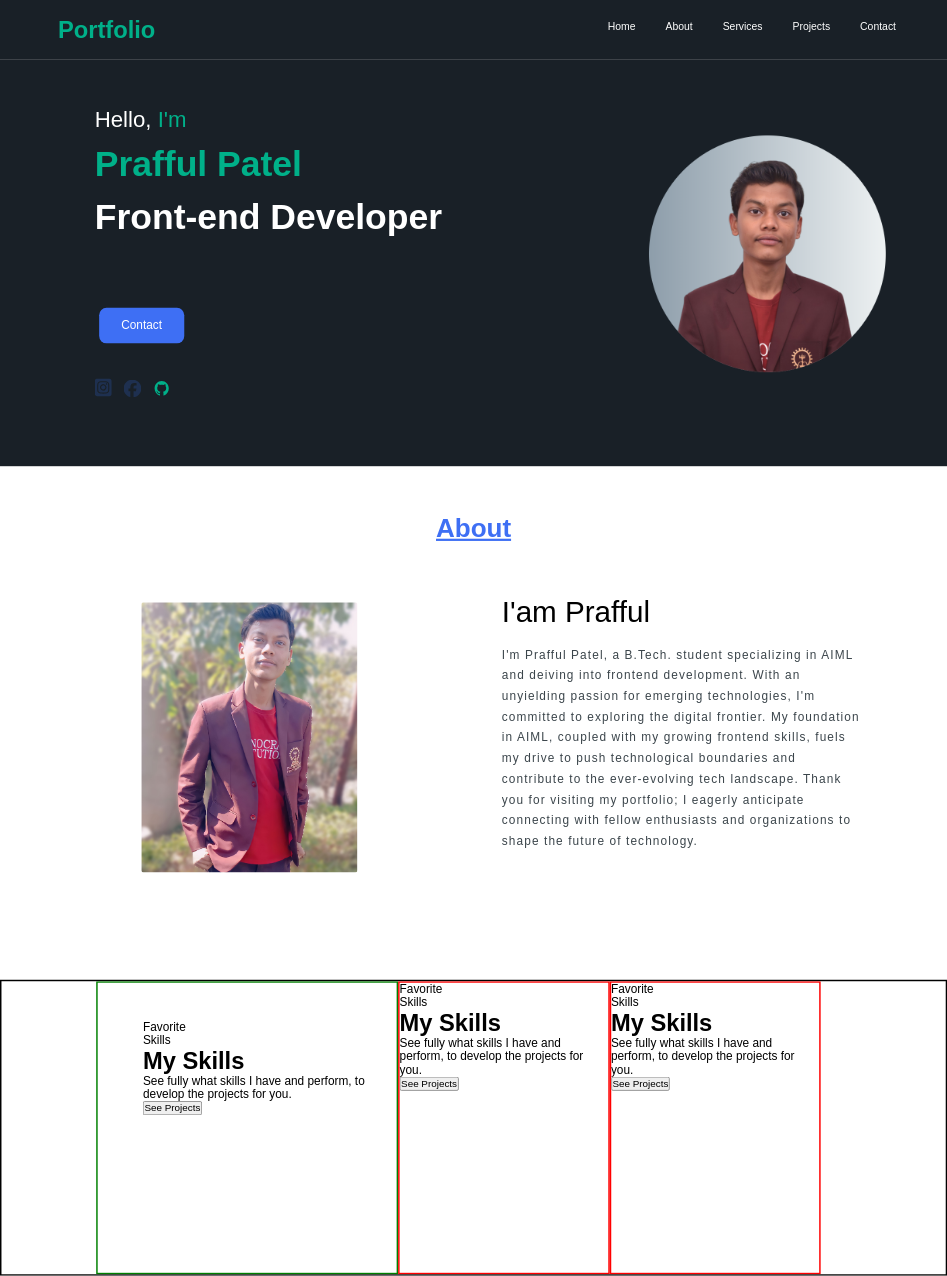
Repository: PraffulPatel27/Portfolio_2.0
Page: index.html
The author's editor kept a copy of each file at every save. The page is drawn from the files as they stood at one save, then again after a run of saves.
The browser window is 1280 px wide. The pictures show the whole page, at 74% of full size.

Above is the page before, as saved 2024-01-01 15:49:25.

After the next 2 saves:
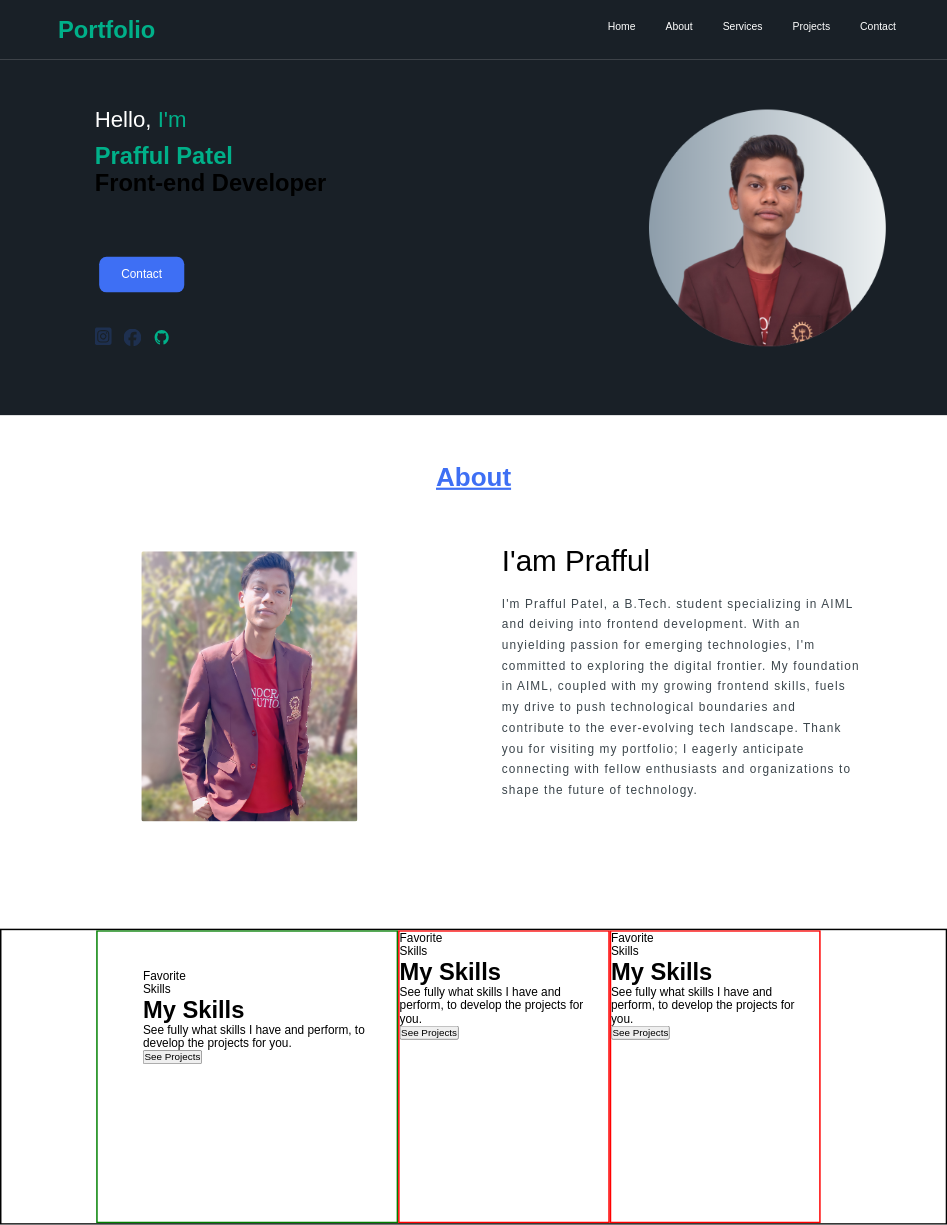
The 2 saves are shown as one change because they came seconds apart.
The last was saved 35 s later.
--- a/style.css
+++ b/style.css
@@ -98,13 +98,6 @@
     padding-top: 5%;
     padding-left: 10%;
     /* border: 2px solid black; */
-}
-.left-content h1 {
-    font-size: 3rem;
-    line-height: 60px;
-    font-weight: bolder;
-    padding-bottom: 1%;
-    color: #fff;
 }
 .ch {
     display: inline;

After the save that followed:
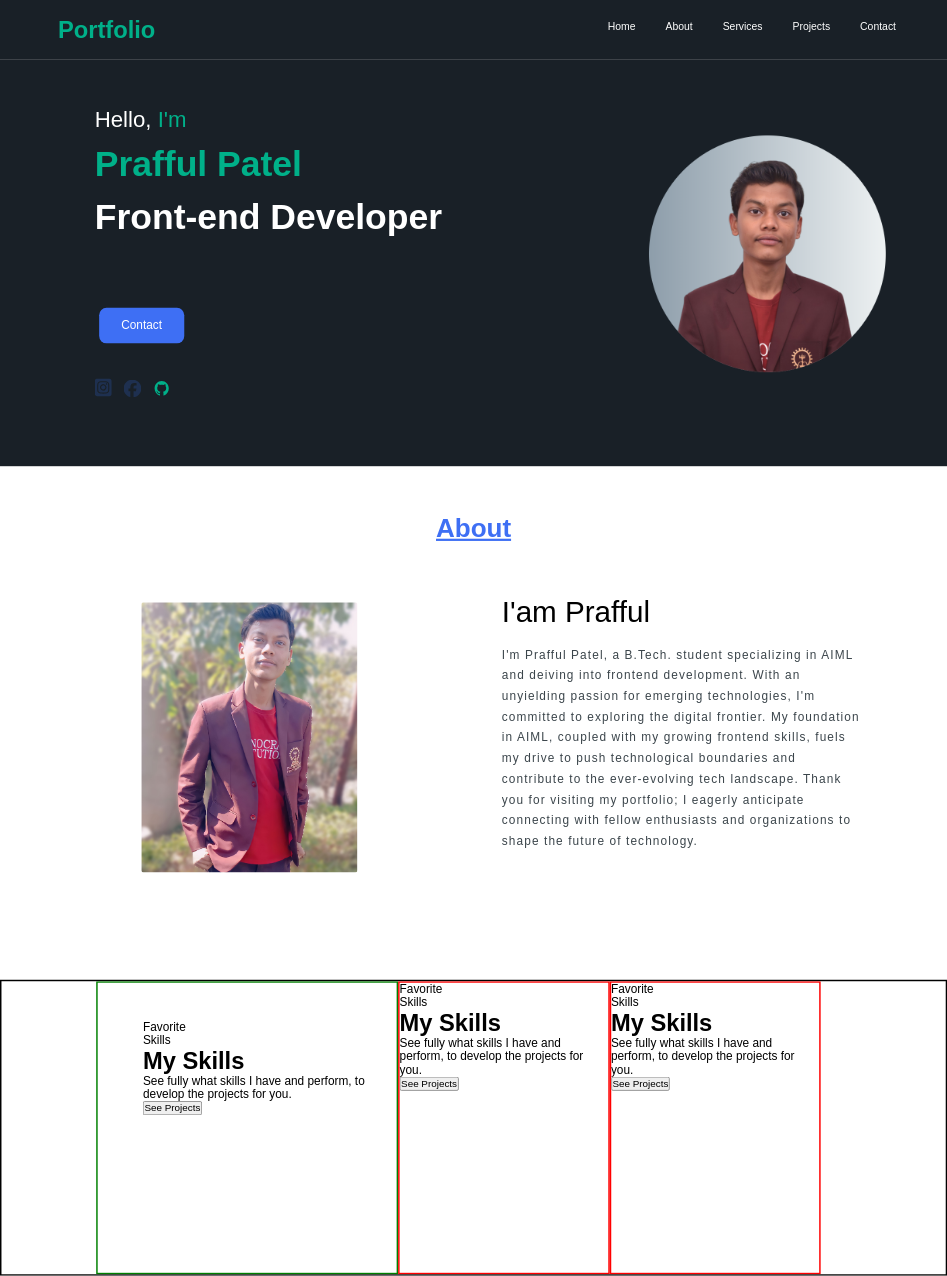
Saved 4 s later.
--- a/style.css
+++ b/style.css
@@ -110,6 +110,13 @@
 #name-author {
     color: #00B089;
     margin-top: 1.2%;
+}
+.left-content h1 {
+    font-size: 3rem;
+    line-height: 60px;
+    font-weight: bolder;
+    padding-bottom: 1%;
+    color: #fff;
 }
 .btn {
     width: 10%;
